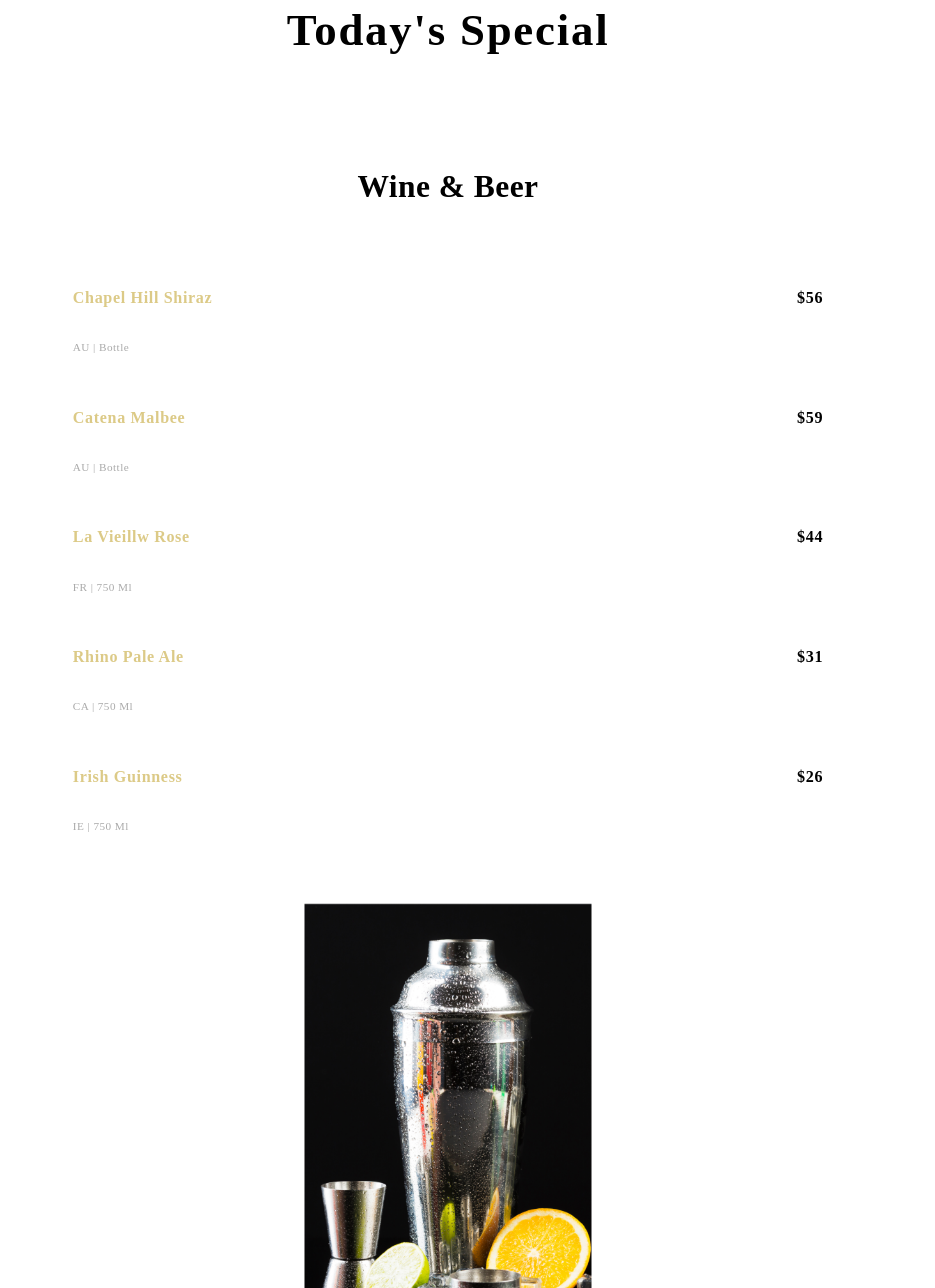
Repository: remydev47/restaurant
Page: /
An editor plug-in stored every save of this project. The page is shown before and after the next save, followed by the edit.
The browser window is 1280 px wide. The page is 1336 px wide, so the pictures cover 1336 px, including what lies to the right of the window. The pictures show the part of the page from y = 2587 to 4427 px (the page is 5846 px tall before and 6758 px after), at 70% of full size.
Backgrounds fixed to the window are drawn as part of the page. The project was rebuilt for these pictures with package versions that can differ from the ones it lists, and the page was loaded fresh each time. Also part of the build but not shown: src/container/Chef/Chef.css, src/components/Footer/Newsletter.jsx, src/components/Footer/FooterOverlay.jsx. Imported but missing from the stored project, and not drawn on this page: src/assets/meal.mp4.

Above is the page before, as saved 2022-03-16 17:38:28.

After the next save:
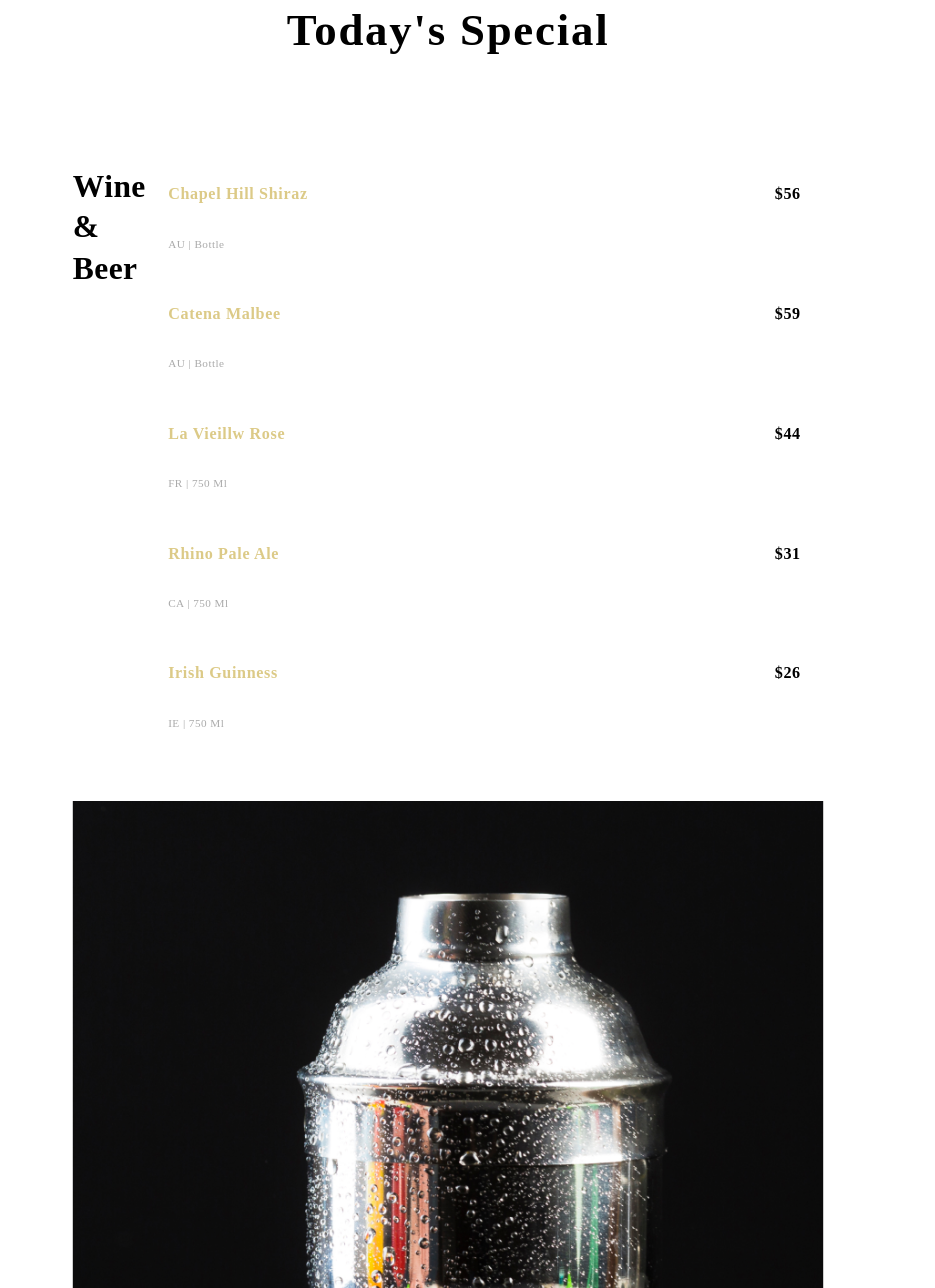
Saved 5 min 23 s later.
--- a/src/container/Menu/SpecialMenu.css
+++ b/src/container/Menu/SpecialMenu.css
@@ -53,9 +53,7 @@ flex-direction: column;
 }
 
 @media screen and (max-width: 2000px) {
-    .app__specialMenu-menu {
-        flex-direction: column;
-        align-items: center;
+    .app__specialMenu-menu_img {
         width: 100%;
     }
 }
